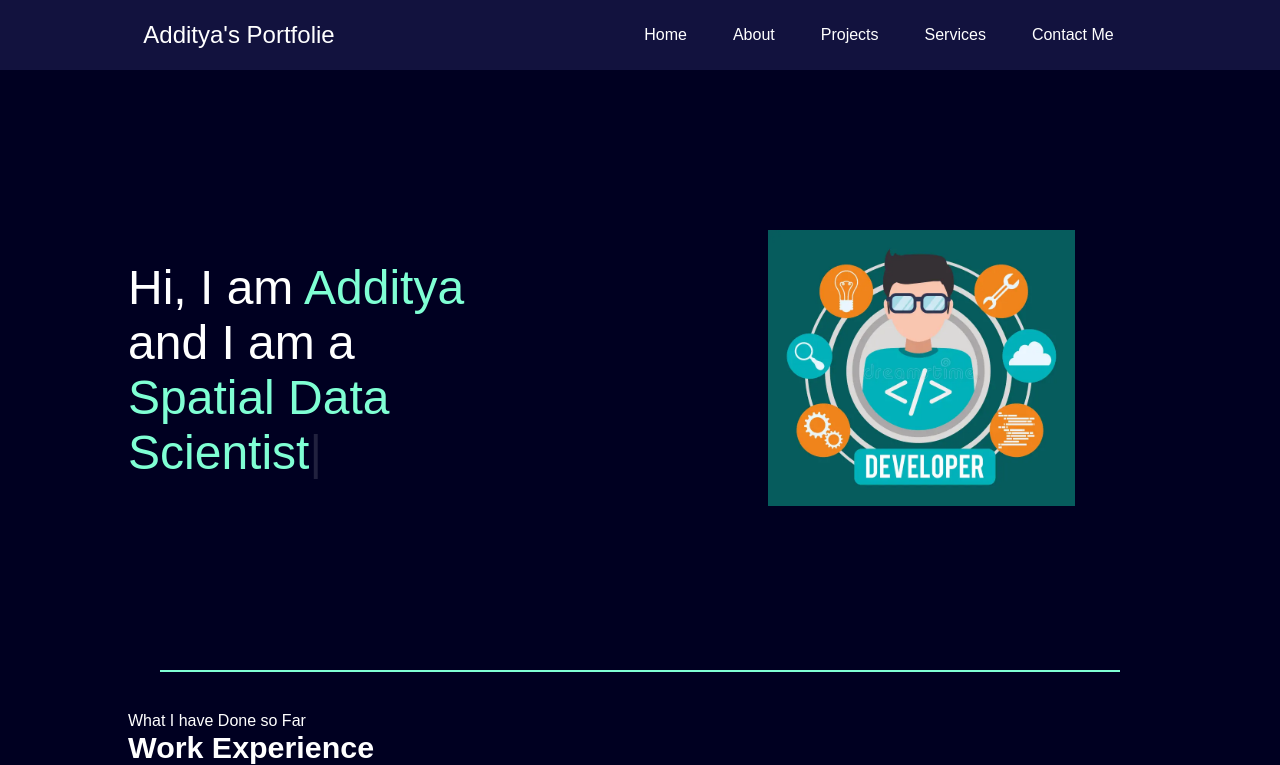
Repository: VictoriousMango/Portfolio
Page: index.html
An editor plug-in stored every save of this project. The page is shown before and after the next save, followed by the edit.
The browser window is 1280 px wide. The pictures show the whole page.

Above is the page before, as saved 2023-08-27 10:32:11.

### index.html
<!DOCTYPE html>
<html lang="en">

<head>
    <meta charset="UTF-8">
    <meta name="viewport" content="width=device-width, initial-scale=1.0">
    <title>Additya - Developer Portfolio</title>
    <style>
        * {
            margin: 0;
            padding: 0;
        }

        body {
            background-color: rgb(0, 0, 33);
            color: white;
            font-family: 'Poppins', sans-serif;
        }

        nav {
            display: flex;
            justify-content: space-around;
            align-items: center;
            height: 70px;
            background-color: rgb(18, 18, 62);
        }

        nav ul {
            display: flex;
            justify-content: center;
        }

        nav ul li {
            list-style: none;
            margin: 0 23px;
        }

        nav ul li a {
            text-decoration: none;
            color: white;
        }

        nav ul li a:hover {
            color: rgb(153, 153, 226);
            font-size: 1.05rem;
        }
        main hr{
            border: 0;
            background: aquamarine;
            height: 1.2px;
            margin: 40px 160px;
        }
        text-gray{
            color: gray;
        }

        .left {
            font-size: 1.5rem;
        }

        .firstSection {
            display: flex;
            justify-content: space-around;
            align-items: center;
            margin: 110px 0;

        }

        .firstSection>div {
            width: 30%;
        }
        .secondSection{
            max-width: 80vw;
            margin: auto;
        }
        .secondSection h1{
            font-size: 1.9rem;
        }

        .leftSection {
            font-size: 3rem;
        }

        /* .rightSection{
            background-color: red;
        } */
        .rightSection img {
            width: 80%;
            margin: 50px 0;
        }

        .purple {
            color: aquamarine;
        }
        #element{
            color: aquamarine;
        }
    </style>
</head>

<body>
    <header>
        <nav>
            <div class="left">Additya's Portfolie</div>
            <div class="right">
                <ul>
                    <li><a href="/">Home</a></li>
                    <li><a href="/">About</a></li>
                    <li><a href="/">Projects</a></li>
                    <li><a href="/">Services</a></li>
                    <li><a href="/">Contact Me</a></li>
                </ul>
            </div>
        </nav>
    </header>

    <main>
        <section class="firstSection">
            <div class="leftSection">
                Hi, I am <span class="purple">Additya</span>
                <div>and I am a</div>
                <span id="element"></span>
            </div>
            <div class="rightSection"><img src="Web Dev.webp" alt=""></div>
        </section>
        <hr>
        <section class="secondSection">
            <span class="text-gray">What I have Done so Far</span>
            <h1>Work Experience</h1>
    </main>
    <script src="https://unpkg.com/typed.js@2.0.16/dist/typed.umd.js"></script>
    <script>
        var typed = new Typed('#element', {
            strings: ['Web Developer', 'GIS Technician', 'Spatial Data Scientist'],
            typeSpeed: 50,
            loop: true,
            backDelay: 700
        });
    </script>
</body>

</html>

After the next save:
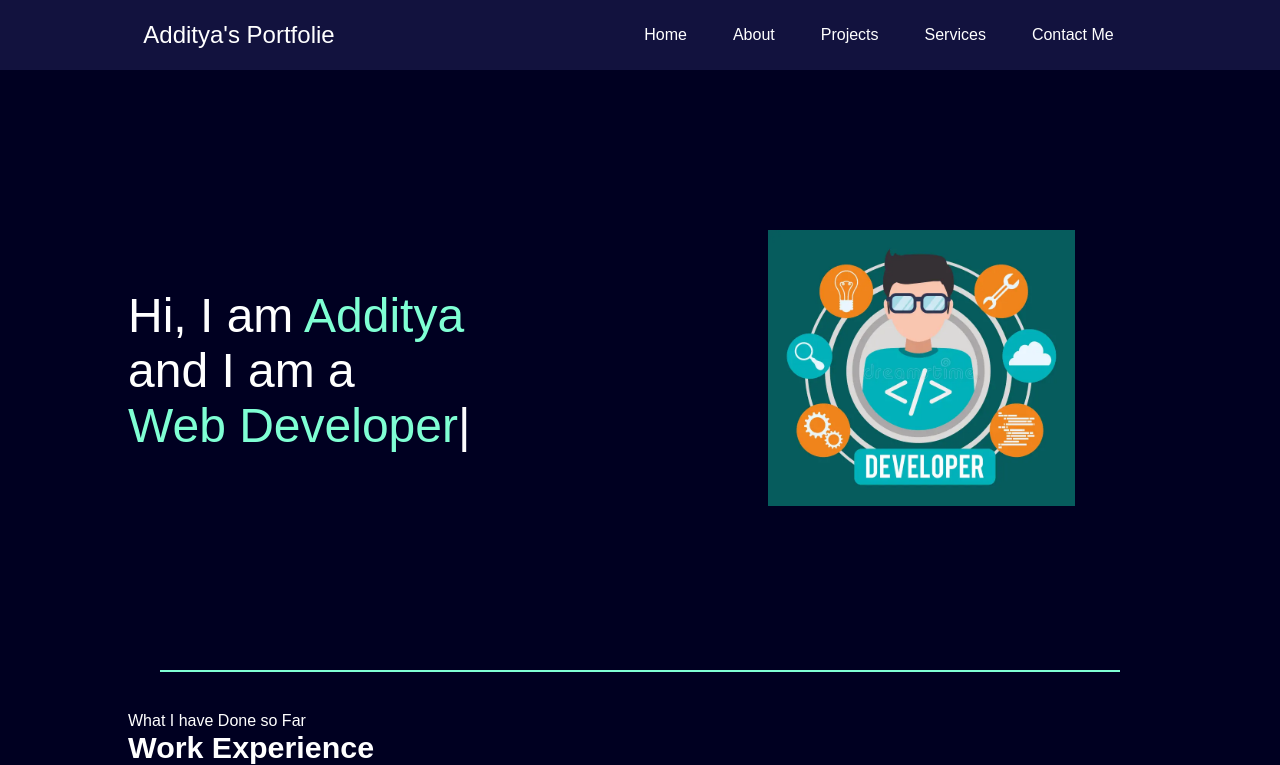
Saved 11 s later.
--- a/index.html
+++ b/index.html
@@ -134,7 +134,7 @@
             strings: ['Web Developer', 'GIS Technician', 'Spatial Data Scientist'],
             typeSpeed: 50,
             loop: true,
-            backDelay: 700
+            backDelay: 7000
         });
     </script>
 </body>
